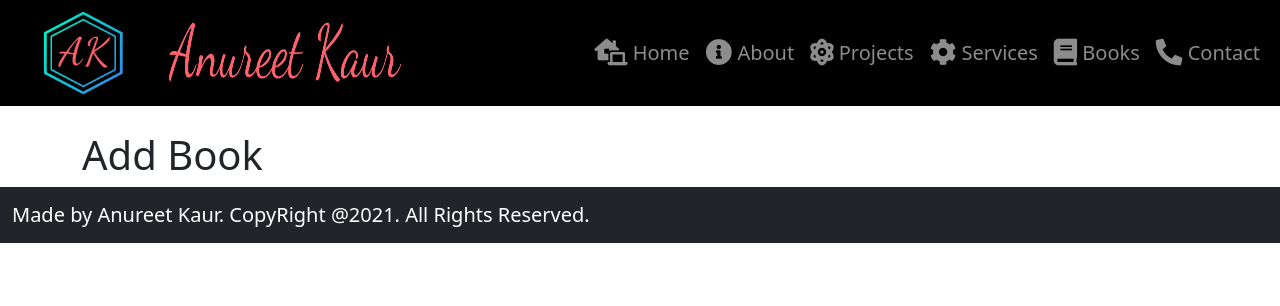
Repository: Anureet23/Portfolio_Authentication
Page: http://localhost/book-list/add
An editor plug-in stored every save of this project. The page is shown before and after a run of saves, followed by the edit.
The browser window is 1280 px wide. The pictures show the whole page.
The page is served by the project's Node server (server.js).

Above is the page before, as saved 2021-06-16 19:40:46.

After the next 3 saves:
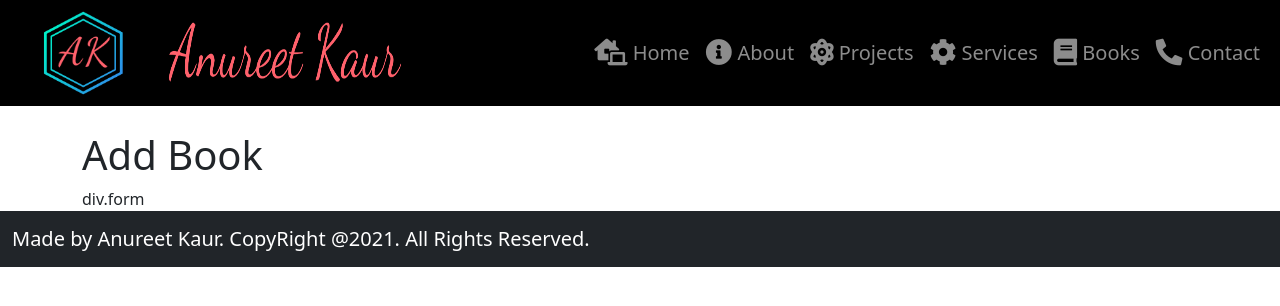
The 3 saves are shown as one change because they came seconds apart.
The last was saved 11 s later.
--- a/server/views/book/add.ejs
+++ b/server/views/book/add.ejs
@@ -11,8 +11,8 @@
         <div class="offset md-3 col-md-6"></div>
         <h1><%= title%></h1>
 
-        <form>
-
+        <form class>
+div.form
         </form>
     </div>
 </div>
